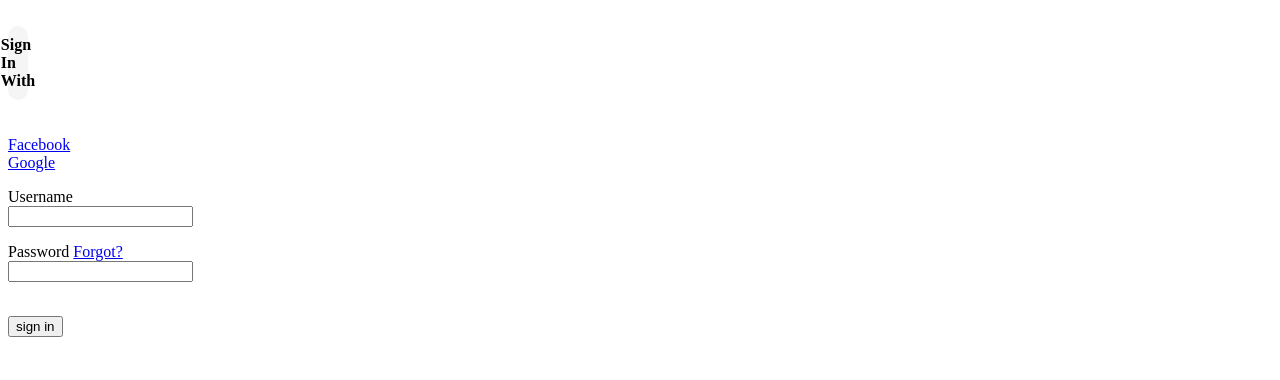
Repository: Tobby004/bdc-assignment-2
Page: index.html
The author's editor kept a copy of each file at every save. The page is drawn from the files as they stood at one save, then again after the next save.
The browser window is 1280 px wide. The pictures show the whole page.

Above is the page before, as saved 2023-02-11 06:35:05.

### index.html
<!DOCTYPE html>
<html lang="en">
<head>
    <meta charset="UTF-8">
    <meta http-equiv="X-UA-Compatible" content="IE=edge">
    <meta name="viewport" content="width=<device-width>, initial-scale=1.0">
    <title>Document</title>
    <link rel="stylesheet" href="task.css">
</head>
<body>
    <header>
    <div class="box-container">
        <div class="box1">
        <br>
            <b>
             Sign In With
            </b>
        <br>
        <br>
        <a href="#">
            Facebook</a>
            <a href="#">
                Google
            </a>
        </div>
            </div>
        </header>


        <div class="form-input">
        <p>Username
            <br>
            <input type="text" placeholder="" />
        </p>
         <p>Password
            <a href="#">Forgot?</a>
            <br>
            <input type="password" />
         </p>
         <br>
         <button>sign in</button>
        </div>

</body>
</html>

### task.css
*{
    box-sizing:border-box;
}
header b {
    background-color:whitesmoke ;
    display: flex;
    padding: 10px;
    border-radius: 40px;
    margin-right: auto;
    margin-left: auto;
    max-width: 500px;
    justify-content: center;
}
.box-container{
    display: block;
    width: 20px;
}

After the next save:
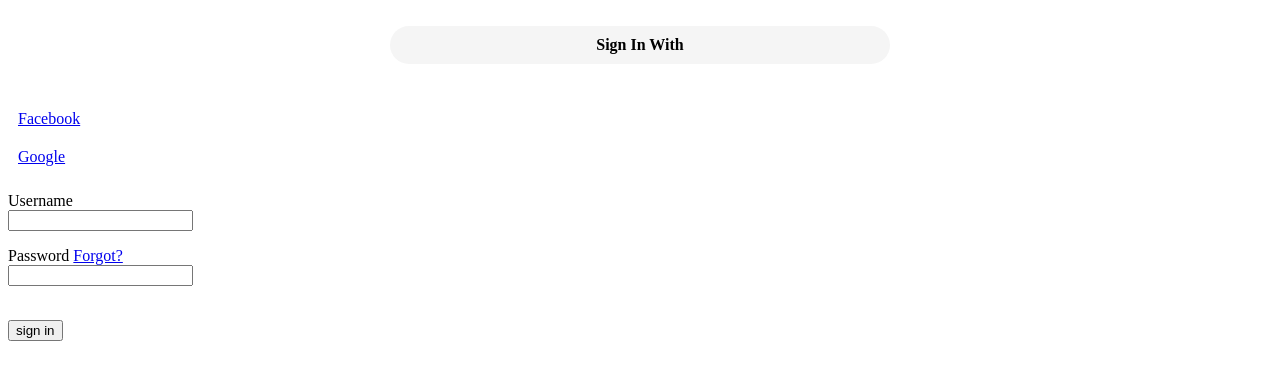
Saved 1 s later.
--- a/task.css
+++ b/task.css
@@ -11,7 +11,9 @@ header b {
     max-width: 500px;
     justify-content: center;
 }
-.box-container{
-    display: block;
-    width: 20px;
+header a {
+    padding: 10px;
+display: flex;
+    margin-left: auto;
+    margin-right: auto;
 }
